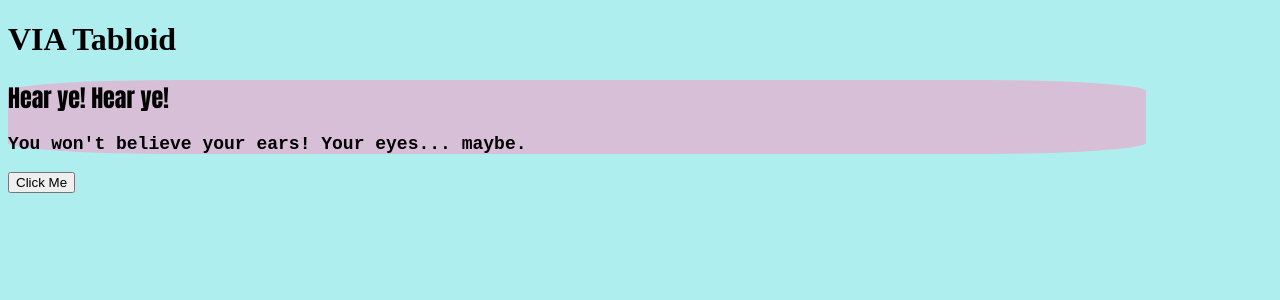
Repository: pimbp/doc_assign
Page: Frontend/index.html
These files come from the project's save history. The page is drawn as it stood at one moment and after the next save; the edit follows.
The browser window is 1280 px wide. The pictures show the whole page.

Above is the page before, as saved 2026-02-25 18:06:32.

### Frontend/index.html
<!DOCTYPE html>
<html>
<head>
    <link rel="stylesheet" href="style/fancy.css">
</head>
<body>
    <h1>VIA Tabloid</h1>
    <div id="sensational">

        Hear ye! Hear ye!
        <p>
            You won't believe your ears! Your eyes... maybe.
        </p>

    </div>
    <button onclick="myFunction()">Click Me</button>
    <script src="functions/funct.js"></script>
</body>
</html>

### Frontend/style/fancy.css
body { background-color: paleturquoise; }

#sensational {
    font-family: Impact, Haettenschweiler, 'Arial Narrow Bold', sans-serif;
    font-size: 24px;
    font-weight: bold;

    max-width: 90%;
    background-color: thistle;
    border-radius: 15%;
}
#sensational p {
    font-family: 'Courier New', Courier, monospace;
    font-size: 18px;
}

### Frontend/functions/funct.js
function myFunction() { alert('Connected!'); }

After the next save:
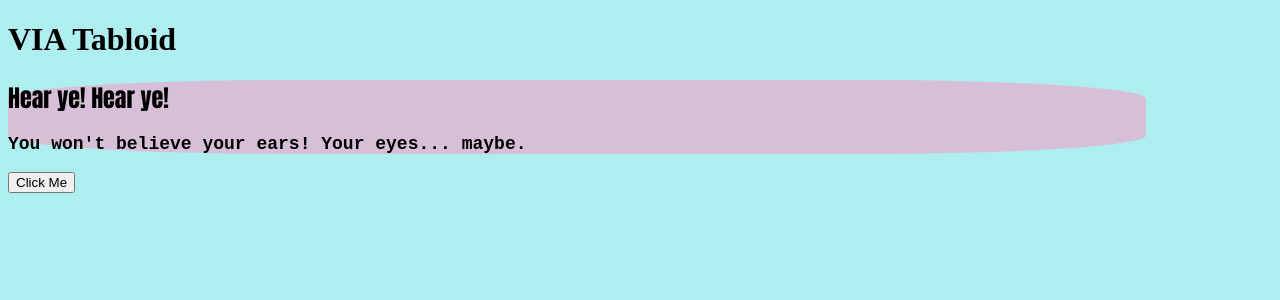
Saved 51 s later.
--- a/Frontend/style/fancy.css
+++ b/Frontend/style/fancy.css
@@ -7,7 +7,7 @@ body { background-color: paleturquoise; }
 
     max-width: 90%;
     background-color: thistle;
-    border-radius: 15%;
+    border-radius: 25%;
 }
 #sensational p {
     font-family: 'Courier New', Courier, monospace;
